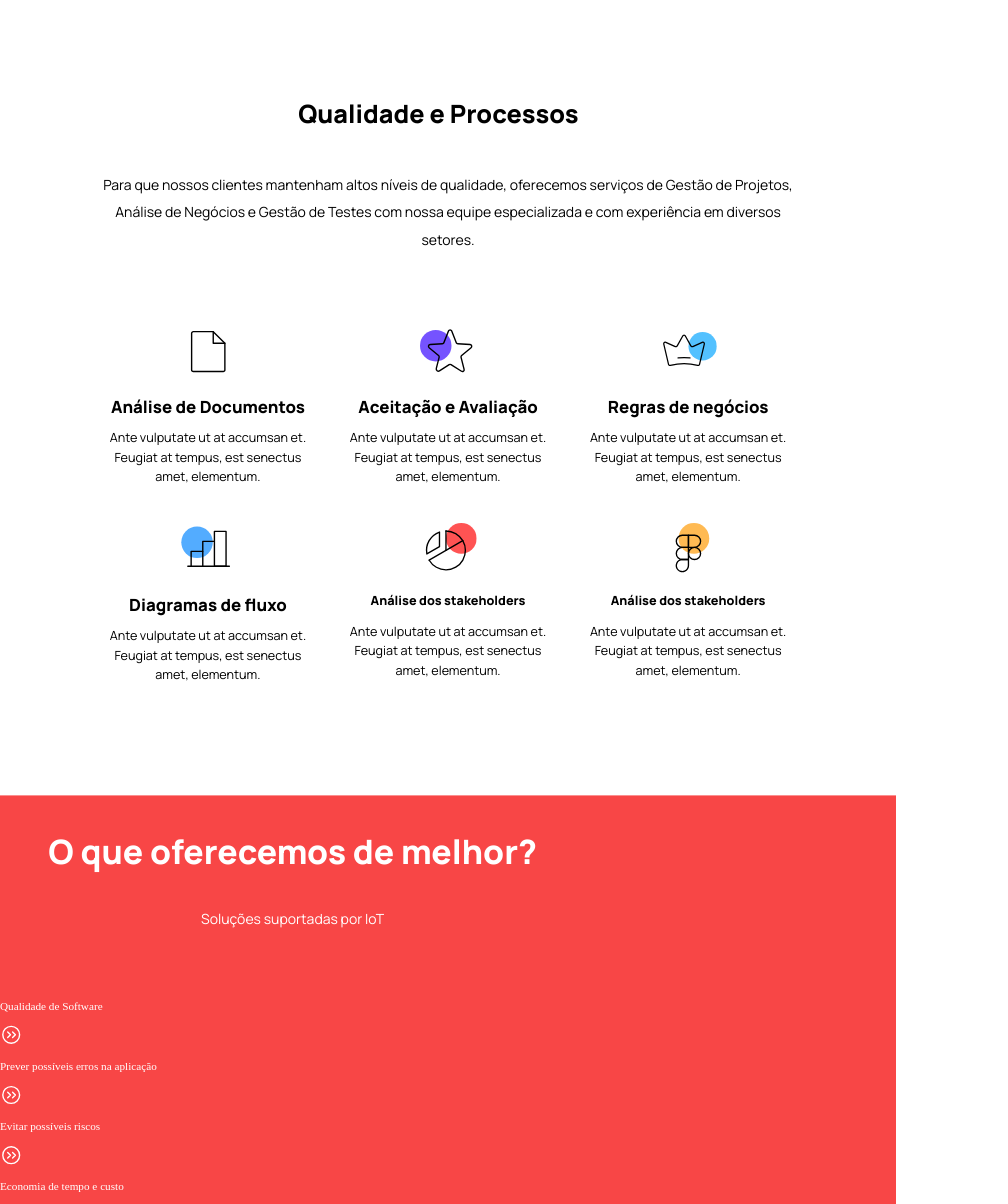
Repository: kleber-goncalves/Landing-Page-Gestao-de-projetos-dnc
Page: index.html
These files come from the project's save history. The page is drawn as it stood at one moment and after the next save; the edit follows.
The browser window is 1280 px wide. The page is 1440 px wide, so the pictures cover 1440 px, including what lies to the right of the window. The pictures show the part of the page from y = 766 to 2486 px (the page is 2486 px tall before and 2328 px after), at 70% of full size.

Above is the page before, as saved 2025-01-05 01:49:19.

### index.html
<!DOCTYPE html>
<html lang="pt-br">
<head>
    <meta charset="UTF-8">
    <meta name="viewport" content="width=device-width, initial-scale=1.0">
    <link rel="stylesheet" href="style.css">
    <link rel="preconnect" href="https://fonts.googleapis.com">
    <link rel="preconnect" href="https://fonts.gstatic.com" crossorigin>
    <link href="https://fonts.googleapis.com/css2?family=Manrope:wght@200..800&display=swap" rel="stylesheet">
    <title>Document</title>
</head>
<body>
    <main>
        <section id="topo" >
            <div id="elemnt-topo">
                <h1>Transformando em produtos digitais</h1>
                <p>Para que nossos clientes mantenham altos níveis de qualidade, oferecemos serviços de gestão de projetos e análise de negócios com nossa equipe especializada em diversos setores.</p>
            </div>
        </section>
        <section id="meio">
            <div id="txts-meio" >

                <h2>Qualidade e Processos</h2>
                <p>
                    Para que nossos clientes mantenham altos níveis de qualidade, oferecemos serviços de Gestão de Projetos, Análise de Negócios e Gestão de Testes com nossa equipe especializada e com experiência em diversos setores.
                </p>

            </div>
            <div id="icons-pai-meio" >
                <div class="card-icons" id="icons-documento">
                    <img class="img-icons" src="/img/icons-meio.img/document.svg" alt="document.svg">
                    <p class="txt-icons">Análise de Documentos</p>
                    <p class="sub-icons">Ante vulputate ut at accumsan et. Feugiat at tempus, est senectus amet, elementum.</p>
                </div>
                <div class="card-icons" id="icons-estrela">
                    <img class="img-icons" src="/img/icons-meio.img/estrela.svg" alt="estrela.svg">
                    <p class="txt-icons">Aceitação e Avaliação</p>
                    <p class="sub-icons">Ante vulputate ut at accumsan et. Feugiat at tempus, est senectus amet, elementum.</p>
                </div>
                <div class="card-icons" id="icons-coroa">
                    <img class="img-icons" src="/img/icons-meio.img/coroa.svg" alt="coroa.svg">
                    <p class="txt-icons">Regras de negócios</p>
                    <p class="sub-icons">Ante vulputate ut at accumsan et. Feugiat at tempus, est senectus amet, elementum.</p>
                </div>
                <div class="card-icons" id="icons-fluxos">
                    <img class="img-icons" src="/img/icons-meio.img/fluxo.svg" alt="fluxo.svg">
                    <p class="txt-icons">Diagramas de fluxo</p>
                    <p class="sub-icons">Ante vulputate ut at accumsan et. Feugiat at tempus, est senectus amet, elementum.</p>
                </div>
                <div class="card-icons" id="icons-bola">
                    <img class="img-icons" src="/img/icons-meio.img/bola.svg" alt="bola.svg">
                    <p class="txt-icons" id="p">Análise dos stakeholders</p>
                    <p class="sub-icons">Ante vulputate ut at accumsan et. Feugiat at tempus, est senectus amet, elementum.</p>
                </div>
                <div class="card-icons" id="icons-figma">
                    <img class="img-icons" src="/img/icons-meio.img/figma.svg" alt="figma.svg">
                    <p class="txt-icons" id="p">Análise dos stakeholders</p>
                    <p class="sub-icons">Ante vulputate ut at accumsan et. Feugiat at tempus, est senectus amet, elementum.</p>
                </div>
            </div>
        </section>



        <section id="meio-2">

            <div id="elemt1-meio-2">


                <p id="txt-meio-2">
                    O que oferecemos de melhor?
                </p>
                <p id="sub-meio-2">
                    Soluções suportadas por IoT
                </p>


            </div>

            <div id="elemt2-meio-2">

                <div class="subs-elemt2">
                    <p>Qualidade de Software</p>
                </div>

                <div class="icons-elemt2">
                    <img src="/img/icons-meio.img/setas.svg" alt="setas">
                </div>

                <div class="subs-elemt2">
                    <p>Prever possíveis erros na aplicação</p>
                </div>

                <div class="icons-elemt2">
                    <img src="/img/icons-meio.img/setas.svg" alt="setas">
                </div>
                <div class="subs-elemt2">
                    <p>Evitar  possíveis riscos</p>
                </div>

                <div class="icons-elemt2">
                    <img src="/img/icons-meio.img/setas.svg" alt="setas">
                </div>

                <div class="subs-elemt2">
                    <p>Economia de tempo e custo</p>
                </div>

            </div>

        </section>



    </main>
</body>
</html>

### style.css
body {
    margin: 0;
    font-size: 16px;
    box-sizing: border-box;
}





#topo {
    width:  1440px;
    height:  754px;
    background-image: url(/img/topo-fundo.svg);
    background-size: cover;
    background-repeat: no-repeat;
    display:flex ;
    flex-direction: column;
    justify-items: flex-start;
}

#topo > #elemnt-topo {
    margin-left: 121px;
    margin-top: 236px;
}

#elemnt-topo > h1 {
    width: 665px;
    height: 164px;
    font-family: "Manrope", serif;
    font-size: 64px;
    font-weight: 800;
    color: black;
}

#elemnt-topo > p {
    font-family: "Manrope", serif;
    width:  650px;
    height: 99px;
    font-family: Manrope;
    font-size: 20px;
    font-weight: 400;
}






#meio{
    display: flex;
    flex-direction: column;
    gap: 91px;
    margin-top: 120px;
    margin-left: 143px;
    margin-bottom: 141px;
    margin-right: 143px;
}



#txts-meio {
    display: flex;
    flex-direction: column;
    align-items: center;
}

#txts-meio > h2 {
    width: 428px;
    height: 56px;
    color: black;
    font-family: "Manrope", serif;
    font-size: 36px;
    font-weight: 800;
    line-height: 49.18px;
}


#txts-meio > p {
    width:  994px;
    height:  109px;
    color: black;
    font-family: "Manrope", serif;
    font-size: 20px;
    font-weight: 400;
    line-height: 39.5px;
    text-align: center;
}




#icons-pai-meio {
    display: grid;
    grid-template-columns: repeat(3, 1fr);
    gap: 35px;
}

.card-icons {
    display: flex;
    flex-direction: column;
    align-items: center;
}

.img-icons {
    width: 81px;
    height: 76px;
}


.txt-icons {
    width:  284px;
    height:  31px;
    font-family: "Manrope", serif;
    font-size: 24px;
    font-weight: 800;
    line-height: 32.78px;
    text-align: center;
    margin-bottom: 10px;
}

.sub-icons {
    width:  298px;
    height:  84px;
    font-family: "Manrope", serif;
    font-size: 18px;
    font-weight: 400;
    line-height: 28px;
    text-align: center;
    margin-top: 5px;
}

#icons-bola > #p, #icons-figma > #p {
    font-size: 18px;
}





#meio-2 {
    color: #FFFFFF;
    background-color: #F84646;
    display: flex;
    flex-direction: column;
    gap: 64px;
}

#txt-meio-2 {
    width: 836px;
    height: 64px;
    font-family: "Manrope", serif;
    font-size: 48px;
    font-weight: 800;
    line-height: 64px;
    text-align: center;
}


#sub-meio-2 {
    width: 836px;
    height: 32px;
    font-family: "Manrope", serif;
    font-size: 20px;
    font-weight: 400;
    line-height: 32px;
    text-align: center;
}


#elemt2-meio-2 {
    display: grid;
    grid-template-columns: repeat(3 1fr);
}

### img/icons-meio.img/setas.svg
<svg width="32" height="32" viewBox="0 0 32 32" fill="none" xmlns="http://www.w3.org/2000/svg">
<path d="M16 28C22.6274 28 28 22.6274 28 16C28 9.37258 22.6274 4 16 4C9.37258 4 4 9.37258 4 16C4 22.6274 9.37258 28 16 28Z" stroke="white" stroke-width="2" stroke-linecap="round" stroke-linejoin="round"/>
<path d="M11 20L15 16L11 12" stroke="white" stroke-width="2" stroke-linecap="round" stroke-linejoin="round"/>
<path d="M18 20L22 16L18 12" stroke="white" stroke-width="2" stroke-linecap="round" stroke-linejoin="round"/>
</svg>

After the next save:
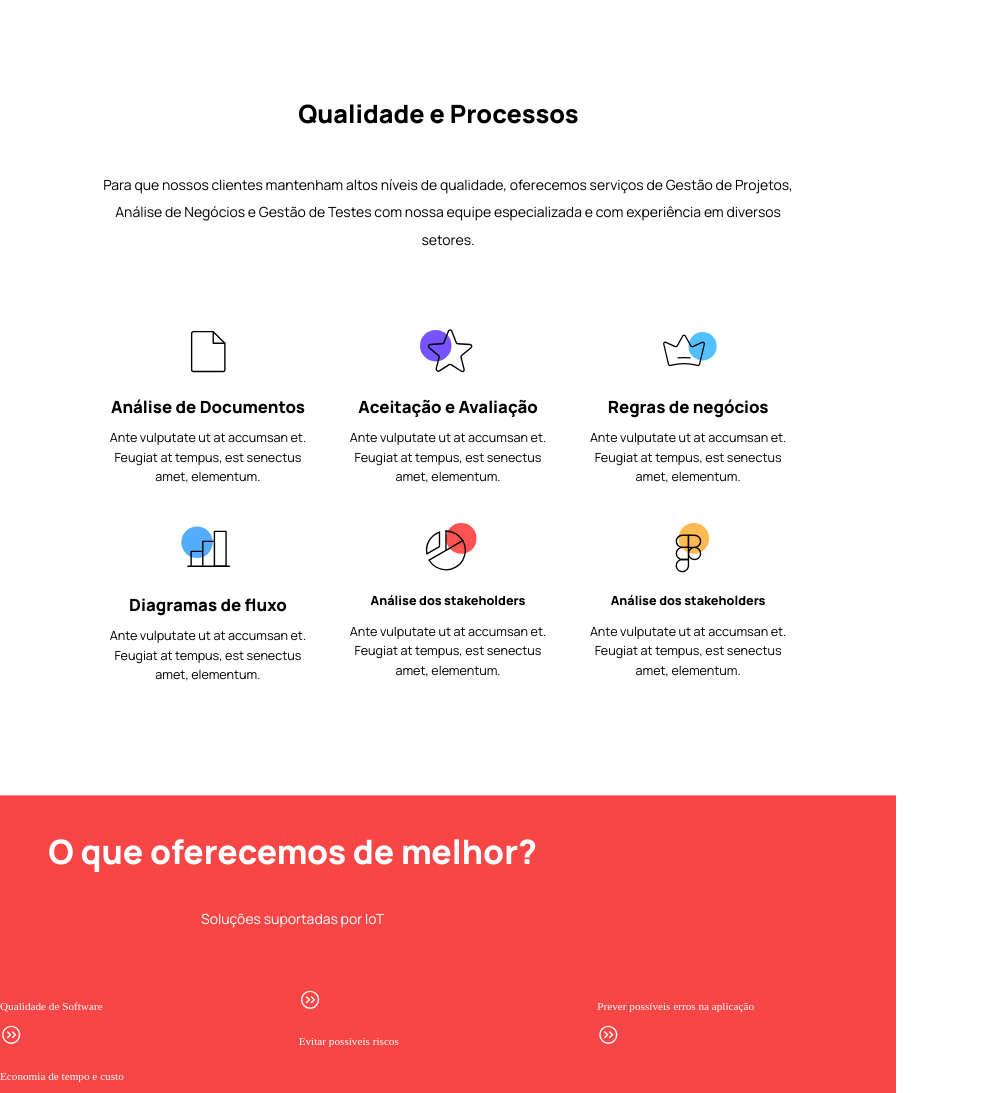
Saved 9 s later.
--- a/style.css
+++ b/style.css
@@ -170,5 +170,5 @@ body {
 
 #elemt2-meio-2 {
     display: grid;
-    grid-template-columns: repeat(3 1fr);
+    grid-template-columns: repeat(3, 1fr);
 }
